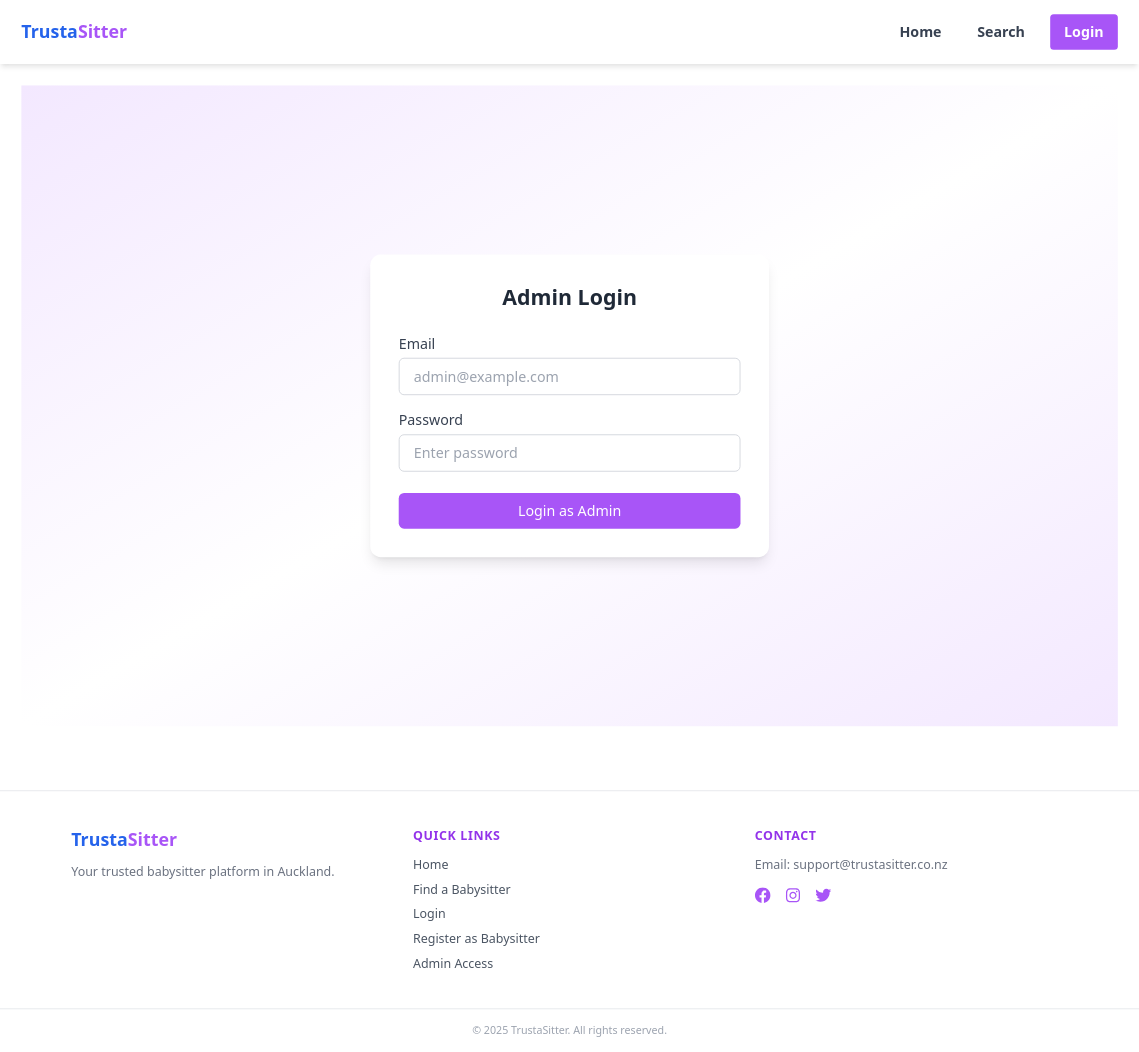
Repository: LargeWC-Code/TrustaSitter
Page: /admin-login (app in trustasitter-frontend/)
An editor plug-in stored every save of this project. The page is shown before and after the next save, followed by the edit.
The browser window is 1280 px wide. The pictures show the whole page, at 89% of full size.
The project was rebuilt for these pictures with package versions that can differ from the ones it lists, and the page was loaded fresh each time. A package was used in the major version that the imports need, not the one package.json lists. Also part of the build but not shown: trustasitter-frontend/vite.config.js, trustasitter-frontend/src/pages/Home.jsx, trustasitter-frontend/src/pages/Search.jsx, trustasitter-frontend/src/services/api.js, trustasitter-frontend/src/pages/Login.jsx, trustasitter-frontend/src/pages/Bookings.jsx, trustasitter-frontend/src/pages/ChooseRole.jsx, trustasitter-frontend/src/pages/RegisterBabysitter.jsx and 7 more.

Above is the page before, as saved 2025-07-03 17:01:22.

### trustasitter-frontend/index.html
<!doctype html>
<html lang="en">
  <head>
    <meta charset="UTF-8" />
    <link rel="icon" type="image/png" href="/image.png" />
    <meta name="viewport" content="width=device-width, initial-scale=1.0" />
    <title>TrustaSitter</title>
  </head>
  <body>
    <div id="root"></div>
    <script type="module" src="/src/main.jsx"></script>
  </body>
</html>

### trustasitter-frontend/src/main.jsx
import React from 'react';
import ReactDOM from 'react-dom/client';
import App from './App';
import './index.css'; // Importing global styles
import { BrowserRouter } from 'react-router-dom';
import { AuthProvider } from './context/AuthContext';

ReactDOM.createRoot(document.getElementById('root')).render(
  <React.StrictMode>
    <AuthProvider>
        <App />
      </AuthProvider>
    </React.StrictMode>
);

### trustasitter-frontend/src/App.jsx
// App.jsx – Router setup with Navbar
import React from 'react';
import { BrowserRouter as Router, Routes, Route } from 'react-router-dom';

import Navbar from './components/Navbar';
import Footer from './components/Footer';
import Home from './pages/Home';
import Search from './pages/Search';
import Login from './pages/Login';
import Bookings from './pages/Bookings';
import ChooseRole from './pages/ChooseRole';
import RegisterBabysitter from './pages/RegisterBabysitter';
import RegisterClient from './pages/RegisterClient';
import HomeClient from './pages/HomeClient';
import HomeBabysitter from './pages/HomeBabysitter';
import ProfileBabysitter from "./pages/ProfileBabysitter";
import ProfileClient from './pages/ProfileClient';
import ScrollToTop from './components/ScrollToTop';
import ProtectedRoute from './components/ProtectedRoute';
import AdminDashboard from "./pages/AdminDashboard";
import AdminLogin from './pages/AdminLogin';

const App = () => {
  return (
    <Router>
      <ScrollToTop />
      <Navbar />
      <div className="p-6">
        <Routes>
          {/* Admin Login */}
          <Route path="/admin-login" element={<AdminLogin />} />

          {/* Admin Protected */}
          <Route
            path="/admin"
            element={
              <ProtectedRoute allowedRoles={["admin"]}>
                <AdminDashboard />
              </ProtectedRoute>
            }
          />

          {/* Public Routes */}
          <Route path="/" element={<Home />} />
          <Route path="/search" element={<Search />} />
          <Route path="/login" element={<Login />} />
          <Route path="/choose-role" element={<ChooseRole />} />
          <Route path="/register-babysitter" element={<RegisterBabysitter />} />
          <Route path="/register-client" element={<RegisterClient />} />

          {/* Protected Routes for Clients */}
          <Route
            path="/homeclient"
            element={
              <ProtectedRoute allowedRoles={["user"]}>
                <HomeClient />
              </ProtectedRoute>
            }
          />
          <Route
            path="/bookings"
            element={
              <ProtectedRoute allowedRoles={["user"]}>
                <Bookings />
              </ProtectedRoute>
            }
          />
          <Route
            path="/profile-client"
            element={
              <ProtectedRoute allowedRoles={["user"]}>
                <ProfileClient />
              </ProtectedRoute>
            }
          />

          {/* Protected Routes for Babysitters */}
          <Route
            path="/home-babysitter"
            element={
              <ProtectedRoute allowedRoles={["babysitter"]}>
                <HomeBabysitter />
              </ProtectedRoute>
            }
          />
          <Route
            path="/profile"
            element={
              <ProtectedRoute allowedRoles={["babysitter"]}>
                <ProfileBabysitter />
              </ProtectedRoute>
            }
          />
        </Routes>
      </div>
      <Footer />
    </Router>
  );
};

export default App;

### trustasitter-frontend/src/context/AuthContext.jsx
import React, { createContext, useState, useEffect } from "react";

export const AuthContext = createContext();

export const AuthProvider = ({ children }) => {
  const [user, setUser] = useState(null);
  const [token, setToken] = useState(null);
  const [role, setRole] = useState(null);
  const [isLoading, setIsLoading] = useState(true); // Indicates that charging has not finished

  useEffect(() => {
    const storedToken = localStorage.getItem("token");
    const storedUser = localStorage.getItem("user");
    const storedRole = localStorage.getItem("role");
    if (storedToken && storedUser) {
      setToken(storedToken);
      setUser(JSON.parse(storedUser));
      setRole(storedRole);
    }
    setIsLoading(false); // Indicates that charging has finished
  }, []);

  const login = (data) => {
    setToken(data.token);
    setUser(data.user);
    setRole(data.role);
    localStorage.setItem("token", data.token);
    localStorage.setItem("user", JSON.stringify(data.user));
    localStorage.setItem("role", data.role);
  };

  const logout = () => {
    setToken(null);
    setUser(null);
    setRole(null);
    localStorage.removeItem("token");
    localStorage.removeItem("user");
    localStorage.removeItem("role");
  };

  return (
    <AuthContext.Provider value={{ user, token, role, isLoading, login, logout }}>
      {children}
    </AuthContext.Provider>
  );
};

### trustasitter-frontend/src/components/Navbar.jsx
import React, { useContext } from "react";
import { Link, useNavigate } from "react-router-dom";
import { AuthContext } from "../context/AuthContext";

function Navbar() {
  const { user, role, logout } = useContext(AuthContext);
  const navigate = useNavigate();

  const handleLogout = () => {
    logout();
    navigate("/");
  };

  return (
    <nav className="bg-white shadow-md px-6 py-4 flex justify-between items-center">
      {/* Logo */}
      <div className="text-xl font-bold">
        <Link to="/" className="text-xl font-bold">
          <span className="text-blue-600">Trusta</span>
          <span className="text-purple-500">Sitter</span>
        </Link>
      </div>

      {/* Navigation Links */}
      <div className="flex items-center gap-4">
        <Link
          to="/"
          className="text-gray-700 font-semibold px-3 py-2 rounded hover:bg-purple-50 hover:text-purple-600 transition"
        >
          Home
        </Link>
        {role !== "babysitter" && (
          <Link
            to="/search"
            className="text-gray-700 font-semibold px-3 py-2 rounded hover:bg-purple-50 hover:text-purple-600 transition"
          >
            Search
          </Link>
        )}

        {!user && (
          <Link
            to="/login"
            className="bg-purple-500 hover:bg-purple-600 text-white font-semibold px-4 py-2 rounded transition"
          >
            Login
          </Link>
        )}

        {user && (
          <>
            {/* Dashboard link based on role */}
            <Link
              to={role === "user" ? "/homeclient" : "/home-babysitter"}
              className="text-gray-700 font-semibold px-3 py-2 rounded hover:bg-purple-50 hover:text-purple-600 transition"
            >
              Dashboard
            </Link>

            {/* Profile link based on role */}
            <Link
              to={role === "user" ? "/profile-client" : "/profile"}
              className="text-gray-700 font-semibold px-3 py-2 rounded hover:bg-purple-50 hover:text-purple-600 transition"
            >
              My Profile
            </Link>

            <button
              onClick={handleLogout}
              className="bg-red-500 hover:bg-red-600 text-white font-semibold px-4 py-2 rounded transition"
            >
              Logout
            </button>
          </>
        )}
      </div>
    </nav>
  );
}

export default Navbar;

### trustasitter-frontend/src/components/Footer.jsx
import React from 'react';
import { Link } from 'react-router-dom';
import { FaFacebook, FaInstagram, FaTwitter } from 'react-icons/fa';

const Footer = () => {
  return (
    <footer className="bg-white border-t mt-12">
      <div className="max-w-6xl mx-auto px-4 py-10 grid md:grid-cols-3 gap-8 text-sm text-gray-600">
        {/* Logo and description */}
        <div>
          <h2 className="text-xl font-bold mb-3">
            <span className="text-blue-600">Trusta</span>
            <span className="text-purple-500">Sitter</span>
          </h2>
          <p className="text-gray-500">Your trusted babysitter platform in Auckland.</p>
        </div>

        {/* Quick Links */}
        <div>
          <h3 className="font-semibold mb-3 text-purple-600 uppercase tracking-wider">Quick Links</h3>
          <ul className="space-y-2">
            <li>
              <Link
                to="/"
                onClick={() => window.scrollTo(0, 0)}
                className="hover:underline hover:text-purple-600 transition"
              >
                Home
              </Link>
            </li>
            <li>
              <Link
                to="/search"
                onClick={() => window.scrollTo(0, 0)}
                className="hover:underline hover:text-purple-600 transition"
              >
                Find a Babysitter
              </Link>
            </li>
            <li>
              <Link
                to="/login"
                onClick={() => window.scrollTo(0, 0)}
                className="hover:underline hover:text-purple-600 transition"
              >
                Login
              </Link>
            </li>
            <li>
              <Link
                to="/register-babysitter"
                onClick={() => window.scrollTo(0, 0)}
                className="hover:underline hover:text-purple-600 transition"
              >
                Register as Babysitter
              </Link>
            </li>
            <li>
              <Link
                to="/admin-login"
                onClick={() => window.scrollTo(0, 0)}
                className="hover:underline hover:text-purple-600 transition"
              >
                Admin Access
              </Link>
              </li>
          </ul>
        </div>

        {/* Contact and socials */}
        <div>
          <h3 className="font-semibold mb-3 text-purple-600 uppercase tracking-wider">Contact</h3>
          <p className="text-gray-500">Email: support@trustasitter.co.nz</p>
          <div className="flex space-x-4 mt-4">
            <a href="#" className="text-purple-500 hover:text-purple-700 transition">
              <FaFacebook size={18} />
            </a>
            <a href="#" className="text-purple-500 hover:text-purple-700 transition">
              <FaInstagram size={18} />
            </a>
            <a href="#" className="text-purple-500 hover:text-purple-700 transition">
              <FaTwitter size={18} />
            </a>
          </div>
        </div>
      </div>
      <div className="text-center text-xs text-gray-400 py-4 border-t">
        © {new Date().getFullYear()} TrustaSitter. All rights reserved.
      </div>
    </footer>
  );
};

export default Footer;

### trustasitter-frontend/src/components/ScrollToTop.jsx
import { useEffect } from "react";
import { useLocation } from "react-router-dom";

export default function ScrollToTop() {
  const { pathname } = useLocation();

  useEffect(() => {
    window.scrollTo(0, 0);
  }, [pathname]);

  return null;
}
// This component will scroll to the top of the page whenever the pathname changes.

### trustasitter-frontend/src/pages/AdminLogin.jsx
import React, { useState, useContext } from "react";
import { useNavigate } from "react-router-dom";
import { AuthContext } from "../context/AuthContext";
import axios from "axios";

const AdminLogin = () => {
  const [email, setEmail] = useState("");
  const [password, setPassword] = useState("");
  const [error, setError] = useState("");
  const navigate = useNavigate();
  const { login } = useContext(AuthContext);

  const handleSubmit = async (e) => {
    e.preventDefault();
    setError("");

    try {
      //
      const response = await axios.post("http://localhost:3000/api/admin/login", {
        email,
        password,
      });

      const data = response.data;

      login({
        token: data.token,
        user: data.user,
        role: "admin",
      });

      navigate("/admin");
    } catch (err) {
      console.error("Admin login error:", err);
      setError("Invalid credentials. Please try again.");
    }
  };

  return (
    <main className="flex items-center justify-center min-h-screen bg-gradient-to-br from-purple-100 via-white to-purple-100">
      <div className="w-full max-w-md p-8 bg-white rounded-xl shadow-lg">
        <h2 className="text-2xl font-bold text-center mb-6 text-gray-800">Admin Login</h2>
        {error && (
          <p className="text-red-500 text-center mb-4">{error}</p>
        )}
        <form onSubmit={handleSubmit}>
          <div className="mb-4">
            <label className="block mb-1 text-gray-700">Email</label>
            <input
              type="email"
              value={email}
              onChange={(e) => setEmail(e.target.value)}
              className="w-full px-4 py-2 border border-gray-300 rounded-md focus:outline-none focus:ring-2 focus:ring-purple-500"
              placeholder="admin@example.com"
              required
            />
          </div>
          <div className="mb-6">
            <label className="block mb-1 text-gray-700">Password</label>
            <input
              type="password"
              value={password}
              onChange={(e) => setPassword(e.target.value)}
              className="w-full px-4 py-2 border border-gray-300 rounded-md focus:outline-none focus:ring-2 focus:ring-purple-500"
              placeholder="Enter password"
              required
            />
          </div>
          <button
            type="submit"
            className="w-full bg-purple-500 text-white py-2 rounded-md hover:bg-purple-600"
          >
            Login as Admin
          </button>
        </form>
      </div>
    </main>
  );
};

export default AdminLogin;

Loaded but not shown: trustasitter-frontend/src/index.css (common file); trustasitter-frontend/tailwind.config.js (common file)

After the next save:
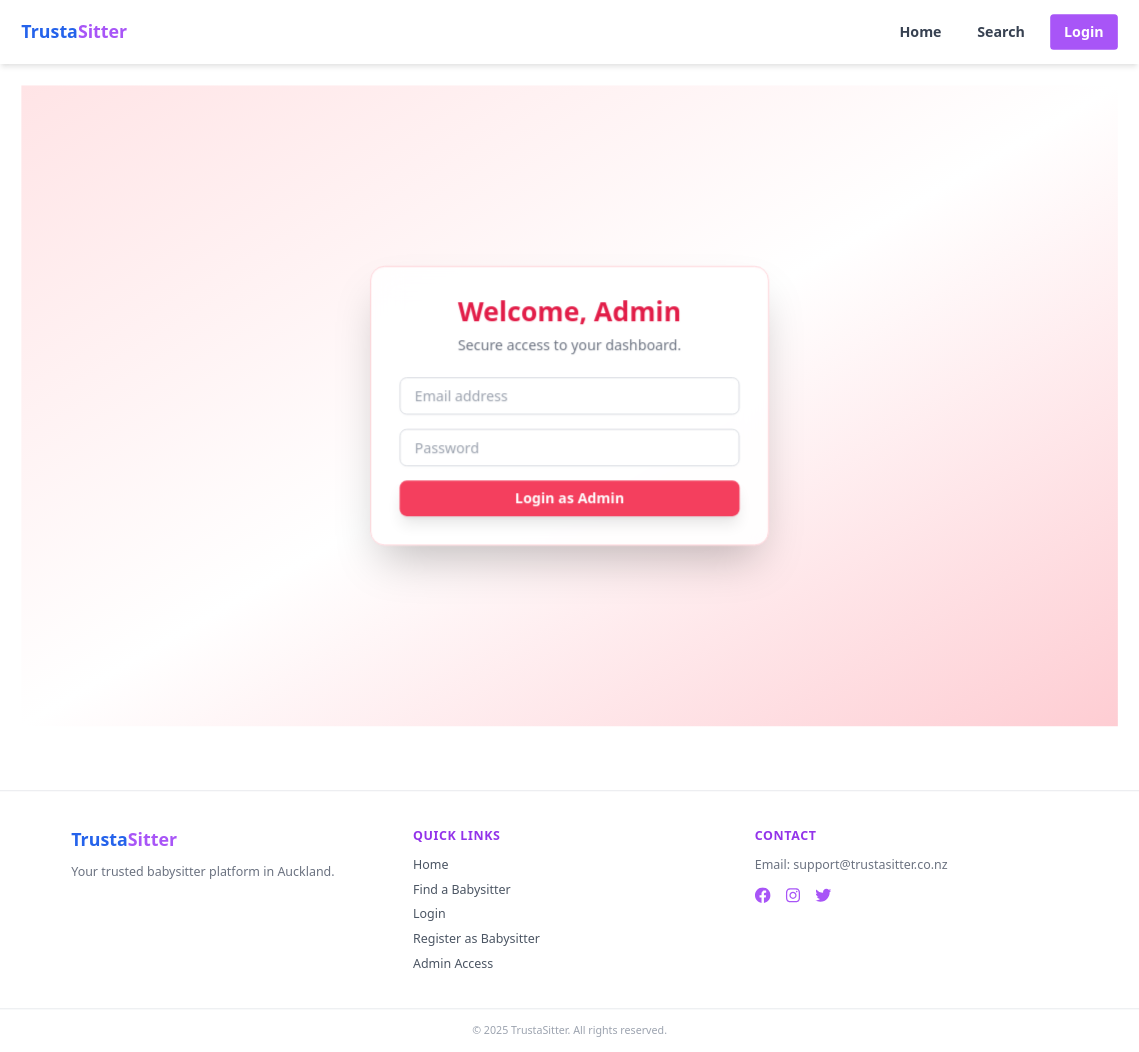
Saved 25 s later.
--- a/trustasitter-frontend/src/pages/AdminLogin.jsx
+++ b/trustasitter-frontend/src/pages/AdminLogin.jsx
@@ -1,6 +1,8 @@
 import React, { useState, useContext } from "react";
 import { useNavigate } from "react-router-dom";
 import { AuthContext } from "../context/AuthContext";
+import { LockClosedIcon, MailIcon } from "@heroicons/react/solid";
+
 import axios from "axios";
 
 const AdminLogin = () => {
@@ -15,7 +17,6 @@ const AdminLogin = () => {
     setError("");
 
     try {
-      //
       const response = await axios.post("http://localhost:3000/api/admin/login", {
         email,
         password,
@@ -37,38 +38,41 @@ const AdminLogin = () => {
   };
 
   return (
-    <main className="flex items-center justify-center min-h-screen bg-gradient-to-br from-purple-100 via-white to-purple-100">
-      <div className="w-full max-w-md p-8 bg-white rounded-xl shadow-lg">
-        <h2 className="text-2xl font-bold text-center mb-6 text-gray-800">Admin Login</h2>
+    <main className="flex items-center justify-center min-h-screen bg-gradient-to-br from-rose-100 via-white to-rose-200">
+      <div className="w-full max-w-md p-8 bg-white/90 backdrop-blur-lg rounded-2xl shadow-2xl border border-rose-200 transition-transform transform hover:scale-[1.02]">
+        <h2 className="text-3xl font-extrabold text-center mb-2 text-rose-600">
+          Welcome, Admin
+        </h2>
+        <p className="text-center text-gray-500 mb-6">
+          Secure access to your dashboard.
+        </p>
         {error && (
           <p className="text-red-500 text-center mb-4">{error}</p>
         )}
-        <form onSubmit={handleSubmit}>
-          <div className="mb-4">
-            <label className="block mb-1 text-gray-700">Email</label>
+        <form onSubmit={handleSubmit} className="space-y-4">
+          <div>
             <input
               type="email"
               value={email}
               onChange={(e) => setEmail(e.target.value)}
-              className="w-full px-4 py-2 border border-gray-300 rounded-md focus:outline-none focus:ring-2 focus:ring-purple-500"
-              placeholder="admin@example.com"
+              className="w-full px-4 py-2 border border-gray-300 rounded-lg focus:outline-none focus:ring-2 focus:ring-rose-400"
+              placeholder="Email address"
               required
             />
           </div>
-          <div className="mb-6">
-            <label className="block mb-1 text-gray-700">Password</label>
+          <div>
             <input
               type="password"
               value={password}
               onChange={(e) => setPassword(e.target.value)}
-              className="w-full px-4 py-2 border border-gray-300 rounded-md focus:outline-none focus:ring-2 focus:ring-purple-500"
-              placeholder="Enter password"
+              className="w-full px-4 py-2 border border-gray-300 rounded-lg focus:outline-none focus:ring-2 focus:ring-rose-400"
+              placeholder="Password"
               required
             />
           </div>
           <button
             type="submit"
-            className="w-full bg-purple-500 text-white py-2 rounded-md hover:bg-purple-600"
+            className="w-full bg-rose-500 hover:bg-rose-600 text-white py-2 rounded-lg font-semibold shadow-lg transform hover:-translate-y-0.5 transition"
           >
             Login as Admin
           </button>
